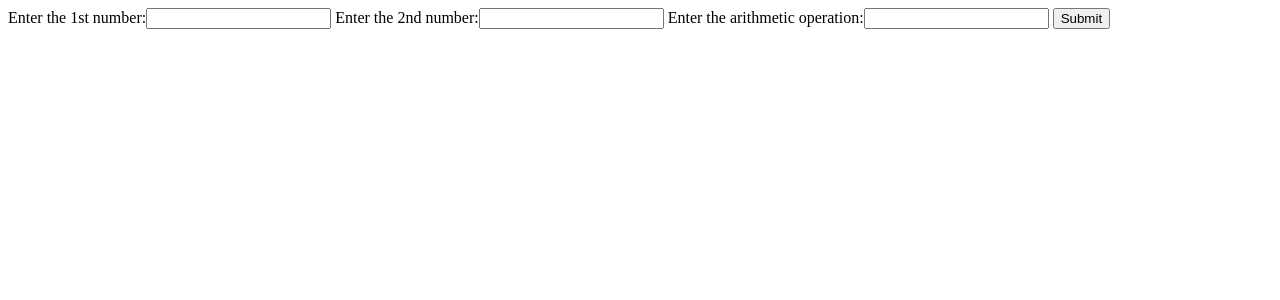
Repository: Tarun-raj1999/MyProjects
Page: Projects/AJproject2/src/main/webapp/index.html
These files come from the project's save history. The page is drawn as it stood at one moment and after the next save; the edit follows.
The browser window is 1280 px wide. The pictures show the whole page.

Above is the page before, as saved 2024-07-11 10:09:35.

### Projects/AJproject2/src/main/webapp/index.html
<!DOCTYPE html>
<html>
<head>
<meta charset="UTF-8">
<title>Insert title here</title>
</head>
<body>
<form action="add" method="post">
Enter the 1st number:<input type="text" name="num1"/>
Enter the 2nd number:<input type="text" name="num2"/>

Enter the arithmetic operation:<input type="text" name="add"/>
<input type="submit"/>

</form>

</body>
</html>

After the next save:
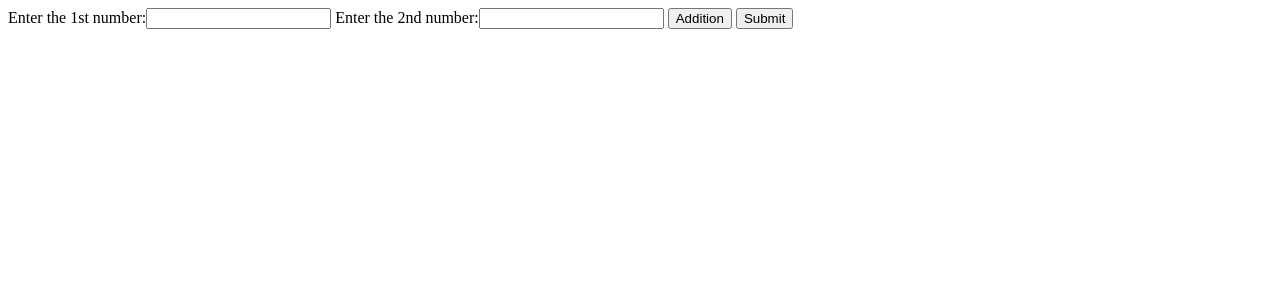
Saved 75 s later.
--- a/Projects/AJproject2/src/main/webapp/index.html
+++ b/Projects/AJproject2/src/main/webapp/index.html
@@ -9,7 +9,7 @@
 Enter the 1st number:<input type="text" name="num1"/>
 Enter the 2nd number:<input type="text" name="num2"/>
 
-Enter the arithmetic operation:<input type="text" name="add"/>
+<button type="submit" name="add">Addition</button>
 <input type="submit"/>
 
 </form>

After the 2 saves that followed:
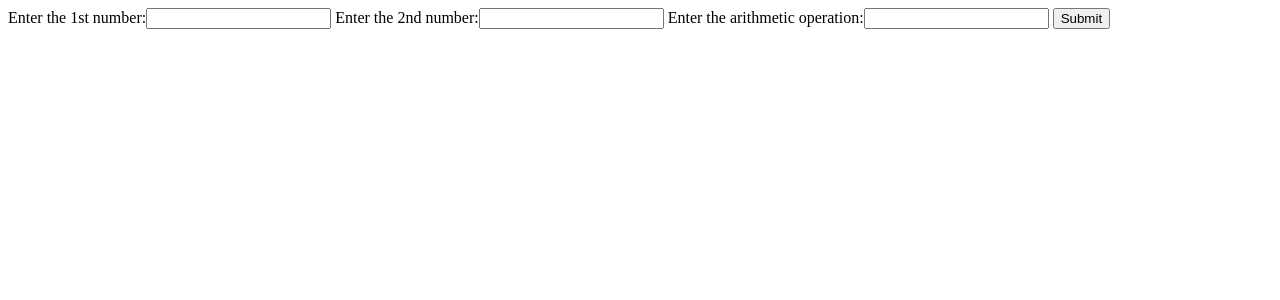
The 2 saves are shown as one change because 1 left the picture as it was.
The last was saved 103 s later.
--- a/Projects/AJproject2/src/main/webapp/index.html
+++ b/Projects/AJproject2/src/main/webapp/index.html
@@ -9,7 +9,7 @@
 Enter the 1st number:<input type="text" name="num1"/>
 Enter the 2nd number:<input type="text" name="num2"/>
 
-<button type="submit" name="add">Addition</button>
+Enter the arithmetic operation:<input type="text" name="add"/>
 <input type="submit"/>
 
 </form>
